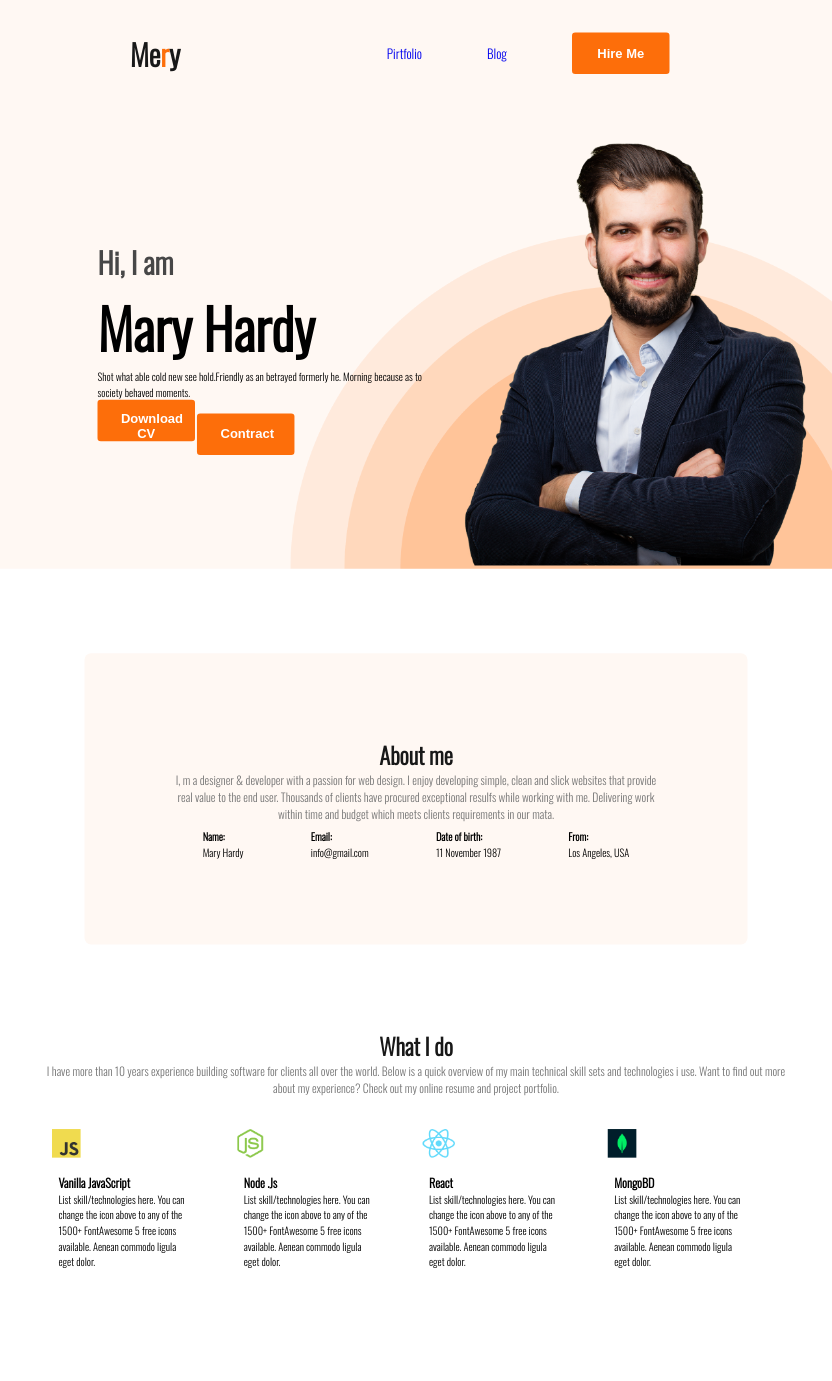
Repository: sumonkumarsarkar/my-website-personal
Page: index.html
An editor plug-in stored every save of this project. The page is shown before and after the next save, followed by the edit.
The browser window is 1280 px wide. The pictures show the whole page, at 65% of full size.

Above is the page before, as saved 2024-01-06 15:26:29.

### index.html
<!DOCTYPE html>
<html lang="en">
  <head>
    <meta charset="UTF-8" />
    <meta name="viewport" content="width=device-width, initial-scale=1.0" />
    <title>My Personal Website</title>
    <link rel="preconnect" href="https://fonts.googleapis.com" />
    <link rel="preconnect" href="https://fonts.gstatic.com" crossorigin />
    <link
      href="https://fonts.googleapis.com/css2?family=Open+Sans:wght@700;800&family=Oswald:wght@300&display=swap"
      rel="stylesheet"
    />
    <link rel="stylesheet" href="./style.css" />
  </head>
  <body>
    <header class="header">
      <nav>
        <h3 class="nav-title">Me<span class="text-primary">r</span>y</h3>
        <ul>
          <li><a href="#">Pirtfolio</a></li>
          <li><a href="#">Blog</a></li>
          <li><button type="button" class="btn-button">Hire Me</button></li>
        </ul>
      </nav>

      <div class="banner">
        <div class="banner-part">
          <h3 class="banner-greeting">Hi, I am</h3>
          <h1 class="banner-title">Mary Hardy</h1>
          <p>
            Shot what able cold new see hold.Friendly as an betrayed formerly
            he. Morning because as to society behaved moments.
          </p>
          <button type="button" class="btn-button">Download CV</button>
          <button class="btn-button" type="button">Contract</button>
        </div>
        <div>
          <img class="profile-picture" src="./images/hardy.png" alt="" />
        </div>
      </div>
    </header>

    <!-- main section  -->

    <main>
      <section class="about">
        <h3 class="section-title">About me</h3>
        <p class="section-description">
          I, m a designer & developer with a passion for web design. I enjoy
          developing simple, clean and slick websites that provide real value to
          the end user. Thousands of clients have procured exceptional resulfs
          while working with me. Delivering work within time and budget which
          meets clients requirements in our mata.
        </p>

        <div class="about-info-container">
          <div class="about-info">
            <h4 class="info-titlt">Name:</h4>
            <p>Mary Hardy</p>
          </div>
          <div class="about-info">
            <h4 class="info-titlt">Email:</h4>
            <p>info@gmail.com</p>
          </div>
          <div class="about-info">
            <h4 class="info-titlt">Date of birth:</h4>
            <p>11 November 1987</p>
          </div>
          <div class="about-info">
            <h4 class="info-titlt">From:</h4>
            <p>Los Angeles, USA</p>
          </div>
        </div>
      </section>

      <section class="what-section">
        <h3 class="section-title">What I do</h3>
        <p class="section-description">
          I have more than 10 years experience building software for clients all
          over the world. Below is a quick overview of my main technical skill
          sets and technologies i use. Want to find out more about my
          experience? Check out my online resume and project portfolio.
        </p>

        <div class="skill-container">
          <div class="skill">
            <img src="./images/icons/js.png" alt="" />
            <div class="skill-item">
              <h3 class="skill-title">Vanilla JavaScript</h3>
              <p class="skill-description">
                List skill/technologies here. You can change the icon above to
                any of the 1500+ FontAwesome 5 free icons available. Aenean
                commodo ligula eget dolor.
              </p>
            </div>
          </div>
          <div class="skill">
            <img src="./images/icons/nodejs.png" alt="" />
            <div class="skill-item">
              <h3 class="skill-title">Node .Js</h3>
              <p class="skill-description">
                List skill/technologies here. You can change the icon above to
                any of the 1500+ FontAwesome 5 free icons available. Aenean
                commodo ligula eget dolor.
              </p>
            </div>
          </div>
          <div class="skill">
            <img src="./images/icons/react.png" alt="" />
            <div class="skill-item">
              <h3 class="skill-title">React</h3>
              <p class="skill-description">
                List skill/technologies here. You can change the icon above to
                any of the 1500+ FontAwesome 5 free icons available. Aenean
                commodo ligula eget dolor.
              </p>
            </div>
          </div>
          <div class="skill">
            <img src="./images/icons/mongo.png" alt="" />
            <div class="skill-item">
              <h3 class="skill-title">MongoBD</h3>
              <p class="skill-description">
                List skill/technologies here. You can change the icon above to
                any of the 1500+ FontAwesome 5 free icons available. Aenean
                commodo ligula eget dolor.
              </p>
            </div>
          </div>
        </div>
      </section>
    </main>
  </body>
</html>

### style.css
* {
  margin: 0;
  padding: 0;
}
body {
  font-family: "Open Sans", sans-serif;
  font-family: "Oswald", sans-serif;
}
nav {
  display: flex;
  align-items: center;
  justify-content: space-between;
  margin: 0 200px;
}

.nav-title {
  font-size: 45px;
  color: #181818;
  line-height: normal;
  font-weight: 800;
}
.text-primary {
  color: #fd6e0a;
}
nav ul {
  display: flex;
  align-items: center;
}
nav a {
  text-decoration: none;
}
nav li {
  list-style: none;
  margin: 50px;
  font-size: 20px;
  color: #474747;
  text-align: center;
}

.section-title {
    color:#181818;
    text-align: center;
    font-size: 35px;
    font-weight: 700;
}
.section-description{
    color:#757575;
    text-align: center;
    font-size: 18px;

}

.btn-button {
  height: 64px;
  width: 150px;
  color: #ffff;
  background: #fd6e0a;
  border-radius: 5px;
  font-size: 20px;
  border: 0;
  font-weight: 700;
  padding: 18px 36px;
}

.header {
  background: #fff8f3;
  background-image: url(./images/header_bg.png);
  background-repeat: no-repeat;
  background-position: bottom right;
}
.banner {
  padding: 30px 30px 0 150px;
  display: flex;
  align-items: center;
  justify-content: space-between;
}
.banner-part {
  max-width: 500px;
}
.banner .profile-picture {
  height: 676px;
  width: 584px;
}
.banner-greeting {
  font-size: 45px;
  color: #474747;
  margin-bottom: 5px;
}
.banner-title {
  font-size: 85px;
  font-weight: 700;
  margin-top: 5px;
}

/* main section   */

main{
    max-width: 1140;
    margin: 0 auto;
}

/* about section  */
.about {
  padding: 130px;
  border-radius:10px;
  background: #fff8f3;
  margin:130px ;
}
.about-info-container{
    display: flex;
    justify-content:space-around;
    margin-top: 10px;
}
.about-info-container h4{
    margin: 0 auto;
}

.what-section{
    max-width: 1140px;
    margin: 0 auto;
}
.skill-container{
    display:flex;
    margin-top:40px;

}
.skill{
    height: 377px;
    width: 267px;
    background: #FFFFFF;
    border-radius: 5px;
    margin: 10px;
    box-shadow:10px 10px 10px rgba(122, 333, 455, .4),
          -10px 10px 10px rgba(122, 220, 300, .5),
          inset 15px 15px 22px rgba(122, 333, 455, .4),
          inset -15px 15px 22px rgba(122, 333, 455, .4):
}
.kill img{
    height:40px;
    width: 40px;
    margin-top:50px;
    padding: 10px;
}
.kill img{

    margin-top: 10px;
    padding: 10px;
}
.skill .skill-item{
    width: 204px;
    height: 243px;
    margin-top: 10px;
    padding: 10px;
}

After the next save:
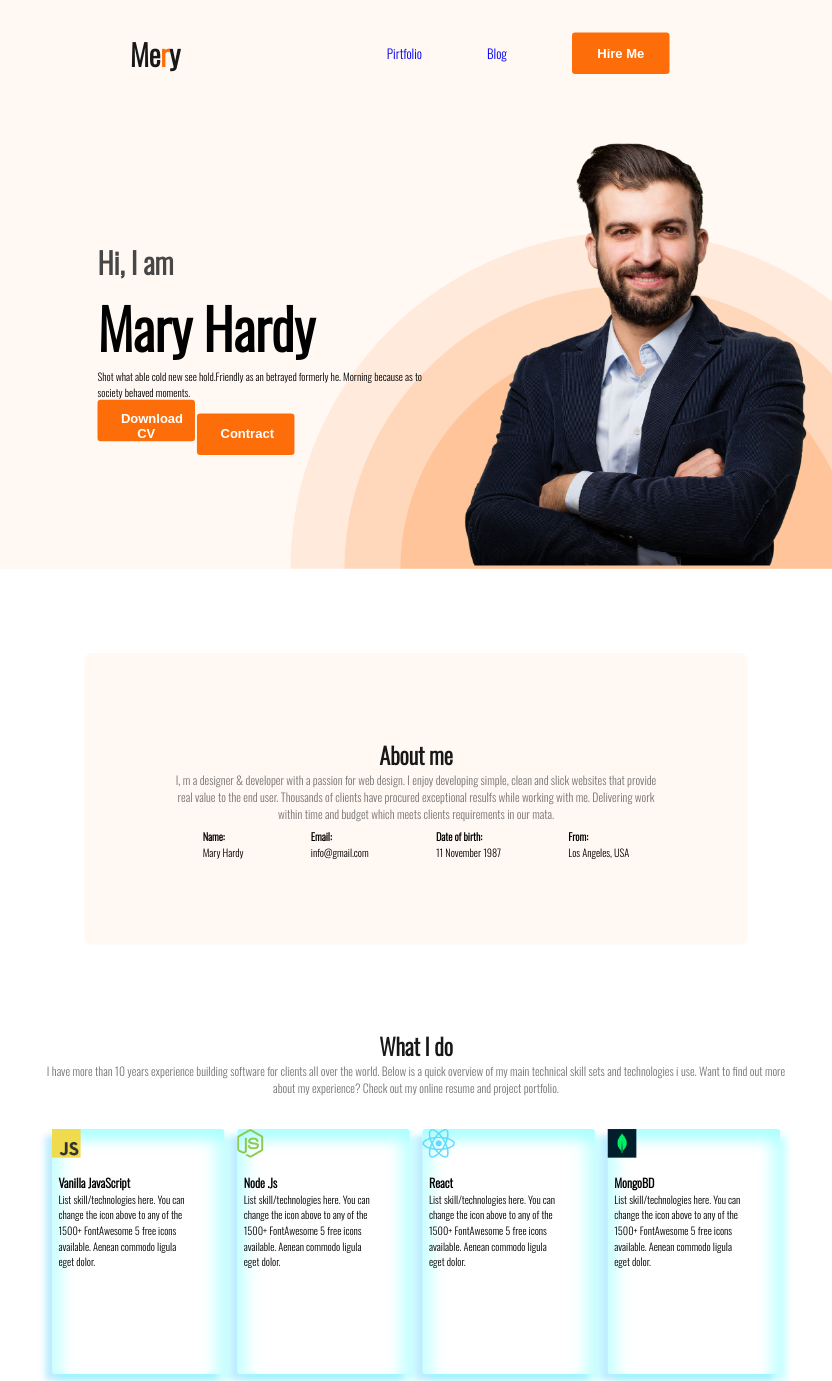
Saved 6 s later.
--- a/style.css
+++ b/style.css
@@ -133,7 +133,7 @@ main{
     box-shadow:10px 10px 10px rgba(122, 333, 455, .4),
           -10px 10px 10px rgba(122, 220, 300, .5),
           inset 15px 15px 22px rgba(122, 333, 455, .4),
-          inset -15px 15px 22px rgba(122, 333, 455, .4):
+          inset -15px 15px 22px rgba(122, 333, 455, .4);
 }
 .kill img{
     height:40px;
